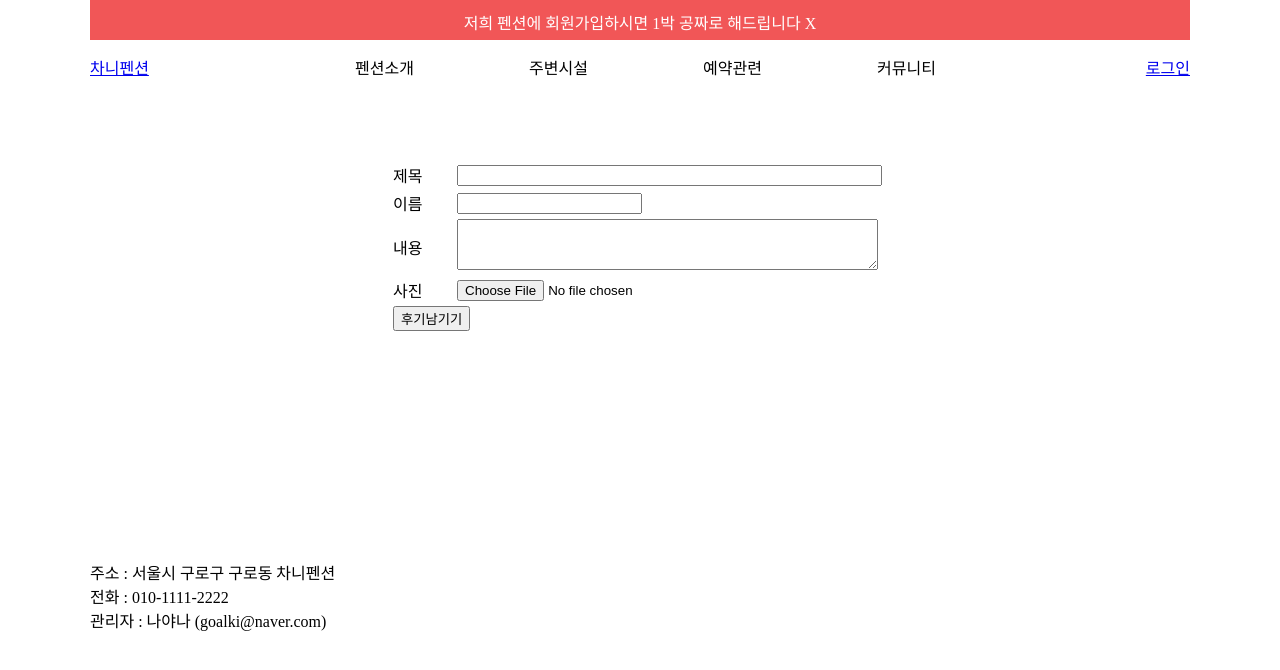
Repository: goalki/pension
Page: http://localhost/pension/tour/write.jsp
The author's editor kept a copy of each file at every save. The page is drawn from the files as they stood at one save, then again after the next save.
The browser window is 1280 px wide. The pictures show the whole page.
The page is served by Tomcat 9. Other server files are loaded and not shown.

Above is the page before, as saved 2021-01-19 08:08:32.

### pension/WebContent/tour/write.jsp
<%@ page language="java" contentType="text/html; charset=UTF-8"
    pageEncoding="UTF-8"%>
<%@ include file="../top.jsp" %>
<%@ taglib prefix="c" uri="http://java.sun.com/jsp/jstl/core" %>

 <style>
  #section {
    width:1100px;
    height:400px;
    margin:auto;
    text-align:center;
    margin-top:60px;
  }
  #section td {
    text-align:left;
  }
 </style>
 <div id="section">
  <form method="post" action="write_ok.jsp" enctype="multipart/form-data">
     <table width="500" align="center">
      <tr>
       <td width="60"> 제목  </td>
       <td> <input type="text" name="title" size="50"> </td>
      </tr>
      <tr>
       <td> 이름  </td>
       <td> <input type="text" name="name"> </td>
      </tr>
      <tr>
       <td> 내용 </td>
       <td> <textarea cols="50" rows="3" name="content"></textarea> </td>
      </tr>
      <tr>
       <td> 사진 </td>
       <td> <input type="file" name="fname"> </td>
      </tr>
      <tr>
       <td colspan="2" id="submit"> <input type="submit" value="후기남기기"> </td>
      </tr>
     </table>
  </form>
  </div>

<%@ include file="../bottom.jsp" %>

### pension/WebContent/top.jsp
<%@ page language="java" contentType="text/html; charset=UTF-8"
    pageEncoding="UTF-8"%>
<%@ taglib prefix="c" uri="http://java.sun.com/jsp/jstl/core" %>

<!DOCTYPE html>
<html>       <!-- index.jsp -->
<head>
<meta charset="UTF-8">
<title>Insert title here</title>
  <style>
    body {
      margin:0px;
    }
    #first {  /* 광고관련 1층 */
      width:1100px;
      height:30px;
      margin:auto;
      background:#f15657;
      text-align:center;
      padding-top:10px;
      color:white;
    }
    #second {  /* 로고, 메뉴 2층 */
      width:1100px;
      height:60px;
      margin:auto;
    }
    #second #left {
      padding-top:15px;
      width:100px;
      float:left;
    }
    #second #right {
      padding-top:15px;
      width:1000px;
      float:right;
      text-align:right;
    }
    #second #right #menu {
      display:inline-block;
      width:170px;
      height:30px; /* 주메뉴의 높이를 줘야 됩니다 */
      position:relative;
    }
    #second #right #menu:last-child {
      width:250px;
    }
    #second #right #menu .sub {
      position:absolute;
      width:120px;
      left:88px;
      top:10px;
      background:white;
      padding-left:0px;
      visibility:hidden;
      padding-top:10px;

    }
    #second #right #menu .sub li {
      list-style-type:none;
      text-align:center; /* 서브메뉴의 글자 중앙 */
    }


  </style>
    <script src="http://code.jquery.com/jquery-latest.js"></script>
  <script>
    function view_sub(n)
    {
    	document.getElementsByClassName("sub")[n].style.visibility="visible";
    }
    function hide_sub(n)
    {
    	document.getElementsByClassName("sub")[n].style.visibility="hidden";
    }

    $(function()
    {
    	$("#ff").click(function()
    	{
    		$("#first").slideUp();

    	});
    });
  </script>
</head>
<body>
  <div id="first">
     저희 펜션에 회원가입하시면  1박 공짜로 해드립니다
   <span id="ff"  style="cursor:pointer"> X </span>
  </div>
  <div id="second">
     <div id="left"> <a href="../main/index.jsp"> 차니펜션 </a></div>
     <div id="right">
        <span id="menu" onmouseenter="view_sub(0)" onmouseleave="hide_sub(0)"> 펜션소개
        <!-- 부메뉴 -->
           <ul class="sub">
            <li> <a href="../sogae/sogae.jsp"> 우리펜션 </a> </li>
            <li> 오시는길 </li>
           </ul>
        </span>
        <span id="menu" onmouseenter="view_sub(1)" onmouseleave="hide_sub(1)"> 주변시설
        <!-- 부메뉴 -->
           <ul class="sub">
            <li> 만리포 </li>
            <li> 연포</li>
            <li> 채석정 </li>
           </ul>
        </span>
        <span id="menu" onmouseenter="view_sub(2)" onmouseleave="hide_sub(2)"> 예약관련
         <!-- 부메뉴 -->
           <ul class="sub">
            <li>  예약 규정 </a> </li>
            <li> <a href="../reserve/reserve.jsp"> 실시간 예약 </a> </li>
           </ul>
        </span>
        <span id="menu" onmouseenter="view_sub(3)" onmouseleave="hide_sub(3)"> 커뮤니티
        <!-- 부메뉴 -->
           <ul class="sub">
            <li> <a href="../tour/list.jsp"> 여행 후기  </a></li>
            <li> 자유게시판 </li>
           </ul>
        </span>
        <span id="menu">
          <!-- 로그인 전 -->
          <c:if test="${userid == null}">
           <a href="../login/login.jsp"> 로그인 </a>
          </c:if>
          <!-- 관리자 로그인 한 경우 -->
          <c:if test="${userid == 'admin'}">
           <a href="../admin/reserve_view.jsp"> 예약관리  </a> /
           <a href="../admin/member_view.jsp"> 회원관리 </a> /
           <a href="../login/logout.jsp"> 로그아웃 </a>
          </c:if>
          <!--  로그인 한 후 -->
          <c:if test="${userid != null and userid != 'admin'}">
            ${name}님!! <a href="../mypage/mypage.jsp"> 내정보 </a>  <a href="../login/logout.jsp"> 로그아웃 </a>
          </c:if>

        </span>
    </div>
  </div>
  <!-- 여기까지 1층과 2층  top.jsp -->

### pension/WebContent/bottom.jsp
<%@ page language="java" contentType="text/html; charset=UTF-8"
    pageEncoding="UTF-8"%>
 <style>
 #fifth {     /* 펜션소개 5층 */
      width:1100px;
      height:100px;
      margin:auto;
    }
 </style>
<!-- 여기부터 5층 => bottom.jsp -->
  <div id="fifth">
    주소 : 서울시 구로구 구로동 차니펜션 <br>
    전화 : 010-1111-2222 <br>
    관리자 : 나야나  (goalki@naver.com) <br>
  </div>

</body>
</html>

After the next save:
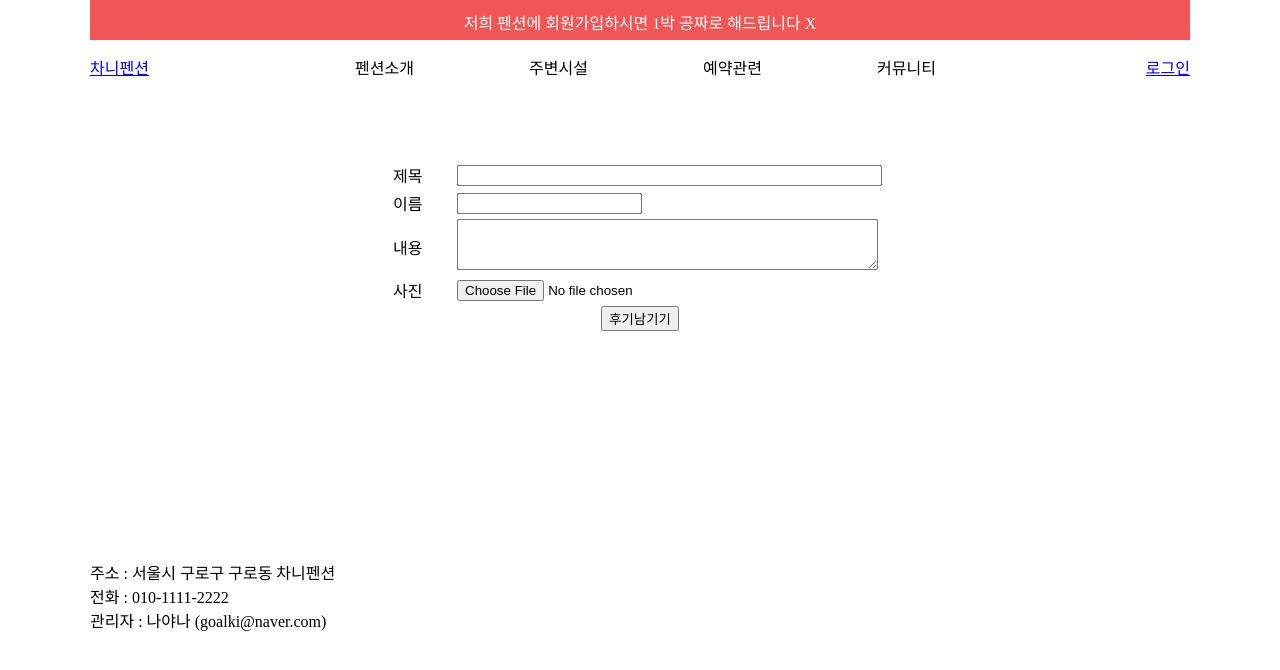
Saved 16 s later.
--- a/pension/WebContent/tour/write.jsp
+++ b/pension/WebContent/tour/write.jsp
@@ -13,6 +13,9 @@
   }
   #section td {
     text-align:left;
+  }
+  #section #submit {
+    text-align:center;
   }
  </style>
  <div id="section">
